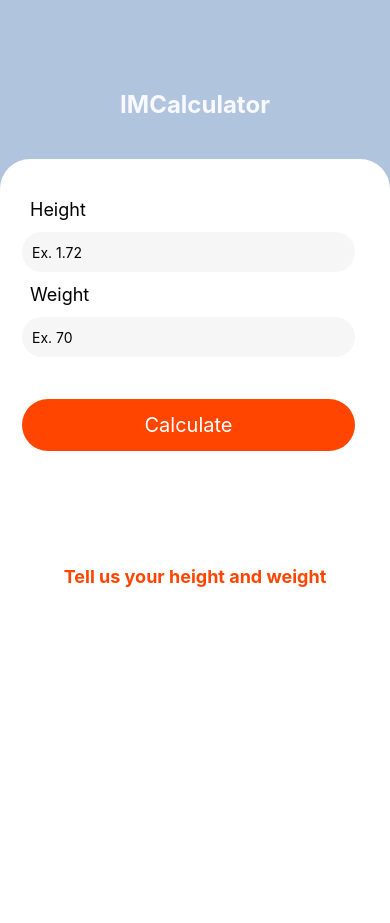
Repository: rubenmatias08/IMCTracker
Screen: /
An editor plug-in stored every save of this project. The screen is shown before and after the next save, followed by the edit.
The app was drawn by React Native's web renderer in a window 390 px wide. The project was rebuilt for these pictures with package versions that can differ from the ones it lists, and the page was loaded fresh each time.

Above is the screen before, as saved 2024-03-11 00:56:53.

After the next save:
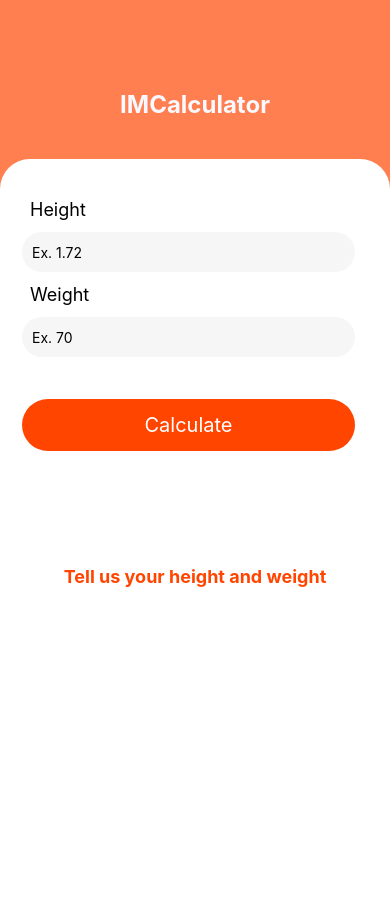
Saved 25 s later.
--- a/App.js
+++ b/App.js
@@ -14,7 +14,7 @@ export default function App() {
 const styles = StyleSheet.create({
   container: {
     flex: 1,
-    backgroundColor: '#B0C4DE',
+    backgroundColor: '#FF7F50',
     paddingTop: 80,
 
   },
